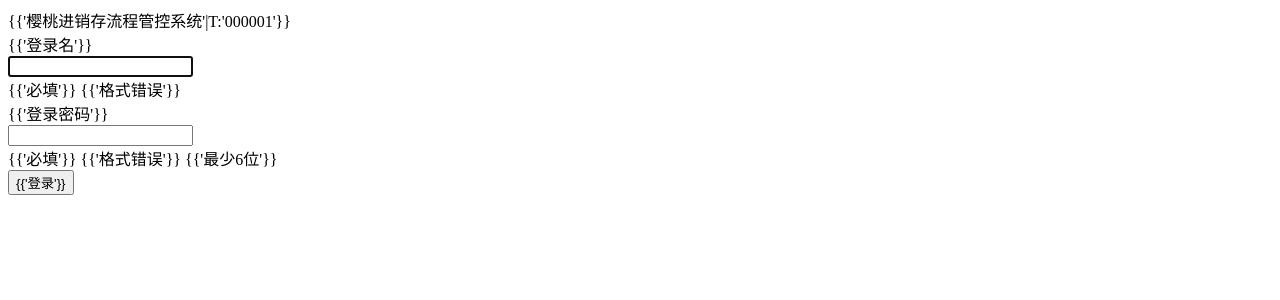
Repository: Anita-huang-001/cims
Page: cherry/mi_cims/mi_cims_admin/src/main/resources/static/view/login.html
These files come from the project's save history. The page is drawn as it stood at one moment and after the next save; the edit follows.
The browser window is 1280 px wide. The pictures show the whole page.

Above is the page before, as saved 2021-02-04 06:07:28.

After the next save:
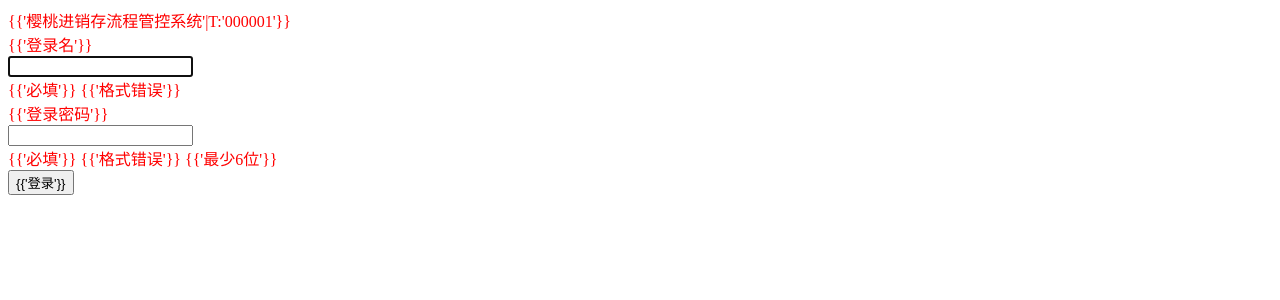
Saved 36 s later.
--- a/cherry/mi_cims/mi_cims_admin/src/main/resources/static/view/login.html
+++ b/cherry/mi_cims/mi_cims_admin/src/main/resources/static/view/login.html
@@ -1,5 +1,5 @@
 <!-- 登录页面 -->
-<div style = "color = 'red'">
+<div style = "color: red">
 
 <div class="container-fluid login-page">
 	<!-- 标题 -->

After the save that followed:
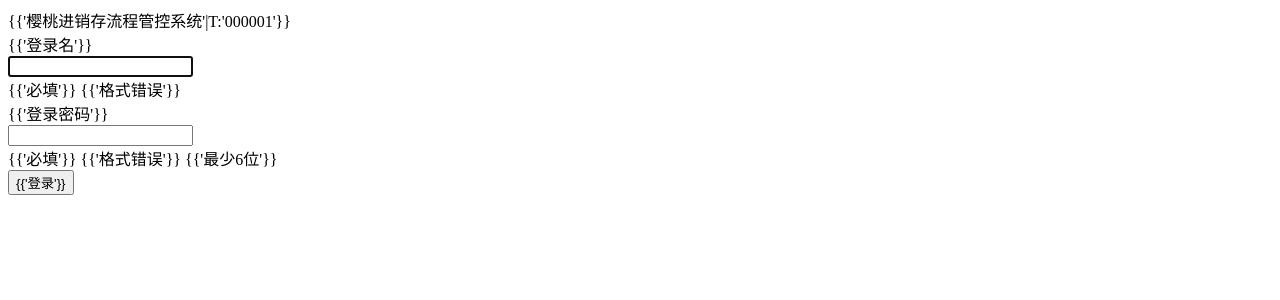
Saved 14 s later.
--- a/cherry/mi_cims/mi_cims_admin/src/main/resources/static/view/login.html
+++ b/cherry/mi_cims/mi_cims_admin/src/main/resources/static/view/login.html
@@ -1,5 +1,5 @@
 <!-- 登录页面 -->
-<div style = "color: red">
+<div style = "backgroundcolor: red">
 
 <div class="container-fluid login-page">
 	<!-- 标题 -->
